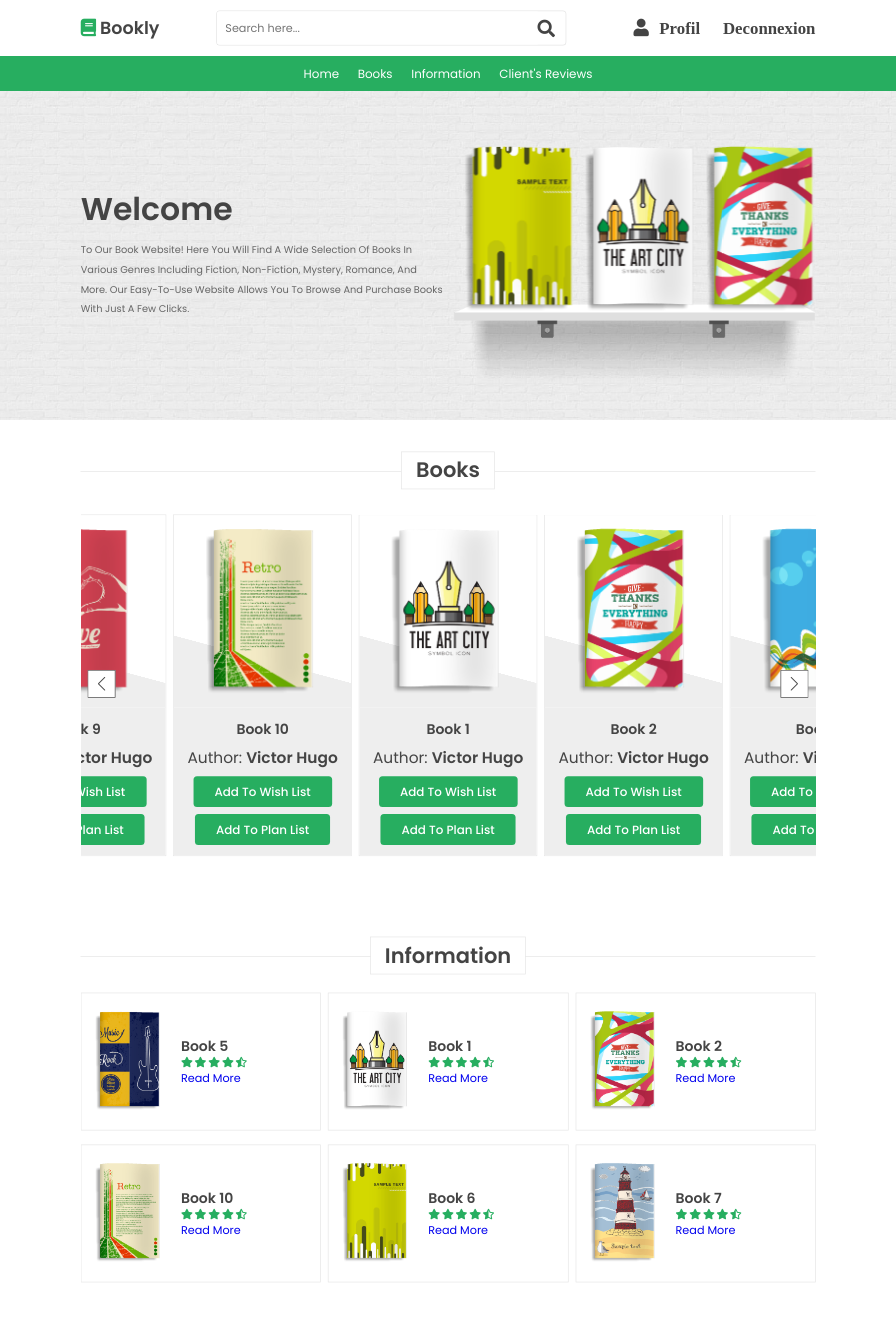
Repository: souhailaniba/Bookly
Page: public/assets/books webstie/index2.html
An editor plug-in stored every save of this project. The page is shown before and after the next save, followed by the edit.
The browser window is 1280 px wide. The pictures show the part of the page from y = 0 to 1920 px (the page is 2877 px tall before and 2782 px after), at 70% of full size.

Above is the page before, as saved 2023-01-27 16:44:09.

After the next save:
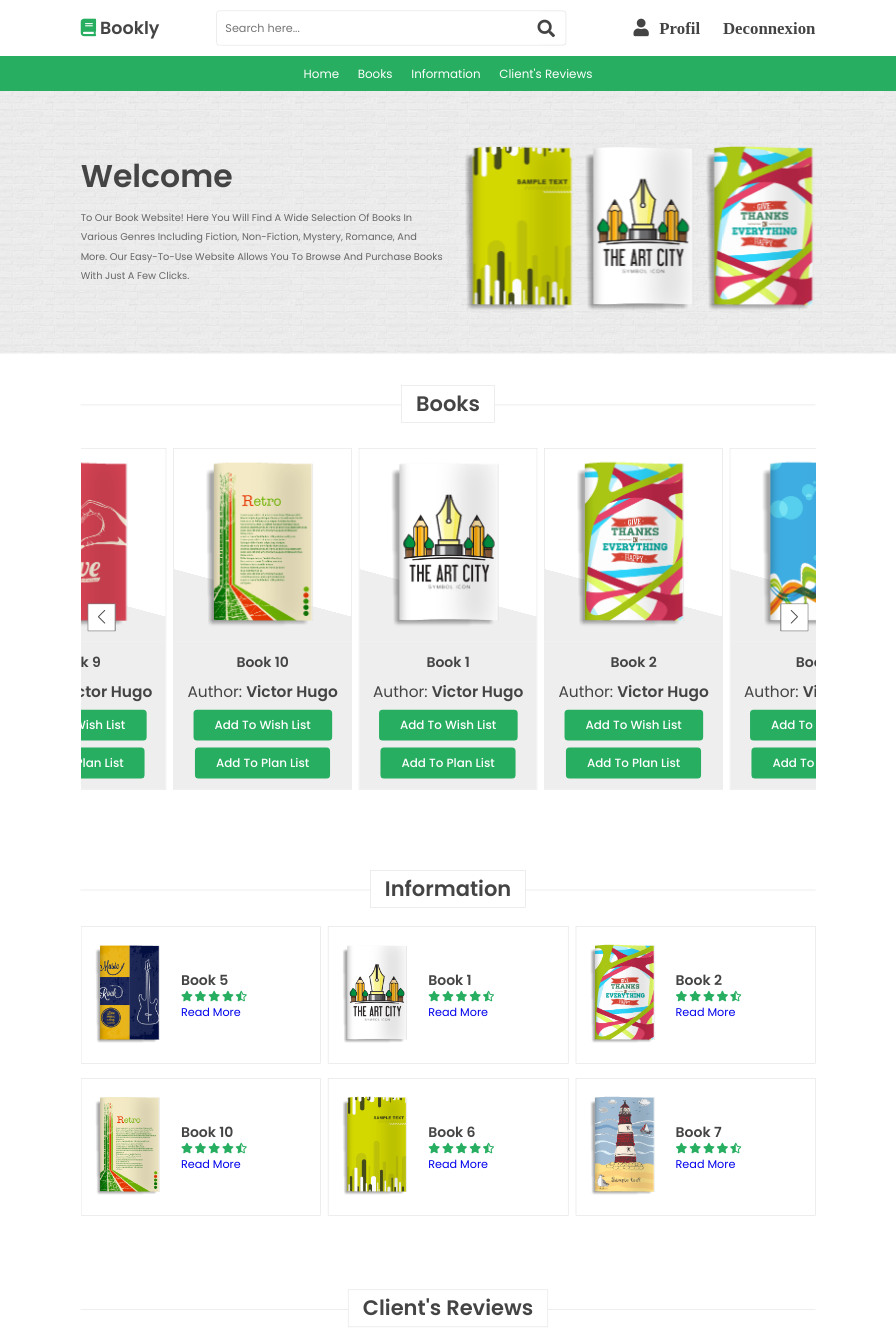
Saved 16 s later.
--- a/public/assets/books webstie/index2.html
+++ b/public/assets/books webstie/index2.html
@@ -82,7 +82,6 @@
                 <a href="#" class="swiper-slide"><img src="image/book-5.png" alt=""></a>
                 <a href="#" class="swiper-slide"><img src="image/book-6.png" alt=""></a>
             </div>
-            <img src="image/stand.png" class="stand" alt="">
         </div>
 
     </div>
